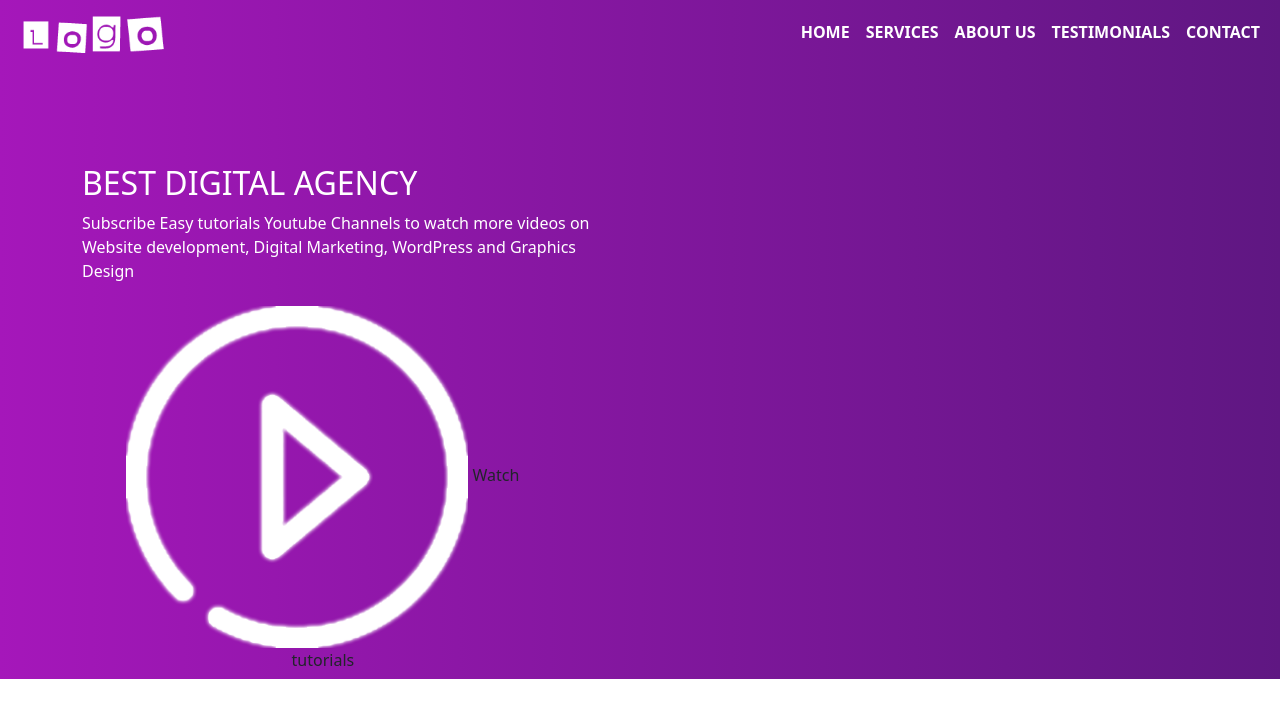
Repository: wadelfadill/Bootstrap_tache_2_website_design
Page: index.html
An editor plug-in stored every save of this project. The page is shown before and after the next save, followed by the edit.
The browser window is 1280 px wide. The pictures show the whole page.
Some web libraries are served in a nearby version.

Above is the page before, as saved 2023-04-05 15:58:29.

### index.html
<!DOCTYPE html>
<html lang="en">
<head>
    <meta charset="UTF-8">
    <meta http-equiv="X-UA-Compatible" content="IE=edge">
    <meta name="viewport" content="width=device-width, initial-scale=1.0">
    <!-- bootstrap css link -->
    <link href="https://cdn.jsdelivr.net/npm/bootstrap@5.1.3/dist/css/bootstrap.min.css" rel="stylesheet" integrity="sha384-1BmE4kWBq78iYhFldvKuhfTAU6auU8tT94WrHftjDbrCEXSU1oBoqyl2QvZ6jIW3" crossorigin="anonymous">
    <!-- css sheet link -->
    <link rel="stylesheet" href="style.css">
    <!-- fontawsome link -->
    <link rel="stylesheet" href="https://cdn.jsdelivr.net/npm/@fortawesome/fontawesome-free@6.2.1/css/fontawesome.min.css">
    <title>bootstrap_website_design</title>
    <script src="https://kit.fontawesome.com/8f130c8a35.js" crossorigin="anonymous"></script>
</head>
<body>
    <section id="nav-bar" class="sticky-top t-0">
        <nav class="navbar navbar-expand-lg navbar-light p-0">
            <div class="container-fluid">
              <a class="navbar-brand" href="#"><img src="images/demo-logo.png" alt="" class="w-75 h-50 p-2"></a>
              <button class="navbar-toggler" type="button" data-bs-toggle="collapse" data-bs-target="#navbarSupportedContent" aria-controls="navbarSupportedContent" aria-expanded="false" aria-label="Toggle navigation">
                <span><i class="fa-solid fa-bars fs-1" style="color: #ffffff;"></i></span>
              </button>
              <div class="collapse navbar-collapse justify-content-end" id="navbarSupportedContent">
                <ul class="navbar-nav ms-auto mb-2 mb-lg-0 ">
                  <li class="nav-item pt-0 pb-1 fw-bold">
                    <a class="nav-link active text-white float-end text-start" aria-current="page" href="#">HOME</a>
                  </li>
                  <li class="nav-item pt-0 pb-1 fw-bold">
                    <a class="nav-link text-white float-end text-start" href="#">SERVICES</a>
                  </li>
                  <li class="nav-item pt-0 pb-1 fw-bold">
                    <a class="nav-link text-white float-end text-start" href="#">ABOUT US</a>
                  </li>
                  <li class="nav-item pt-0 pb-1 fw-bold">
                    <a class="nav-link text-white float-end text-start" href="#">TESTIMONIALS</a>
                  </li>
                  <li class="nav-item pt-0 pb-1 fw-bold">
                    <a class="nav-link text-white float-end text-start" href="#">CONTACT</a>
                  </li>
                </ul>
              </div>
            </div>
          </nav>
    </section>
     <!--banner section  -->
     <section id="banner" class="text-white pt-5">
      <div class="container">
        <div class="row">
          <div class="col-md-6">
            <p class="h2 mt-5">BEST DIGITAL AGENCY</p>
            <p>
              Subscribe Easy tutorials Youtube Channels to watch more videos on
              Website development, Digital Marketing, WordPress and Graphics Design
            </p>
            <a href="" class="btn"><img src="images/play.png" alt="" class="w-75 h-100"> Watch tutorials</a>
          </div>
        </div>
      </div>
     </section>

        <!-- bootstrap js link -->
    <script src="https://cdn.jsdelivr.net/npm/bootstrap@5.1.3/dist/js/bootstrap.bundle.min.js" integrity="sha384-ka7Sk0Gln4gmtz2MlQnikT1wXgYsOg+OMhuP+IlRH9sENBO0LRn5q+8nbTov4+1p" crossorigin="anonymous"></script>
</body>
</html>

### style.css
*{
    margin: 0;
    padding: 0;
}
.navbar{
    background-image: linear-gradient(to right, #a517ba, #5f1782);
}
.navbar-toggler{
    outline: none !important;
}
/* Banner section */
#banner{
    background-image: linear-gradient(to right, #a517ba, #5f1782);


}

After the next save:
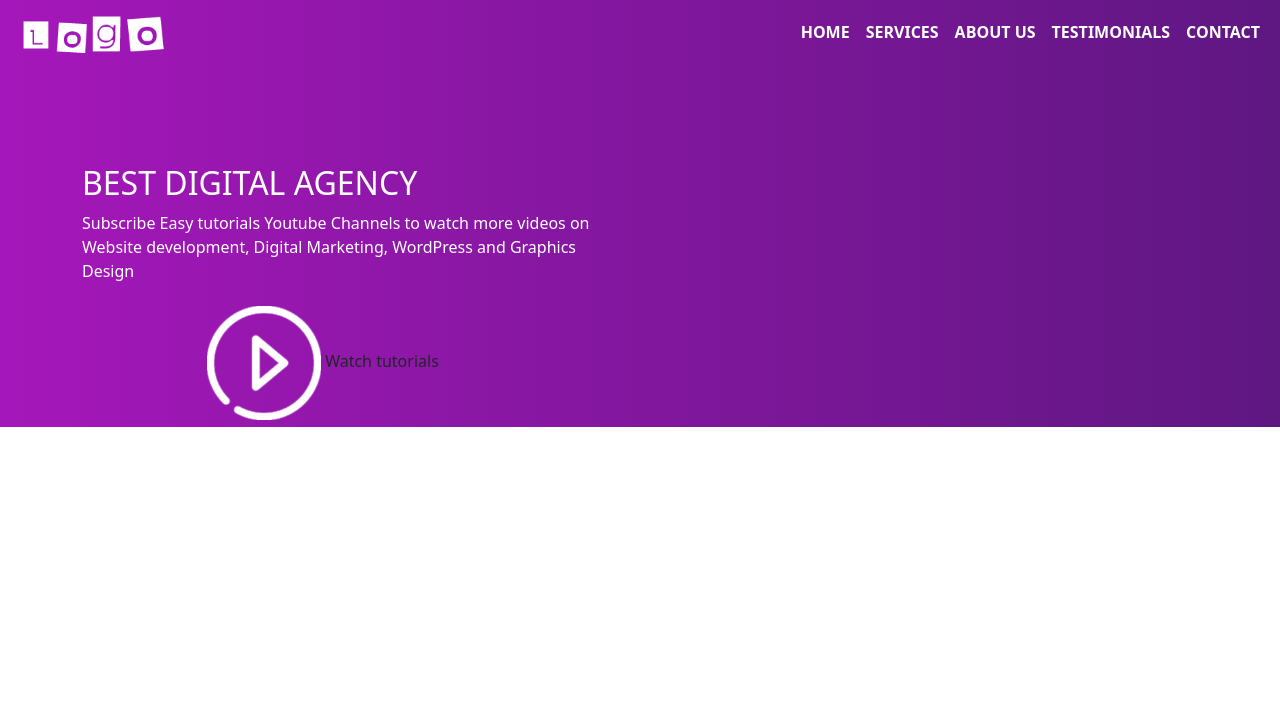
Saved 28 s later.
--- a/index.html
+++ b/index.html
@@ -53,7 +53,7 @@
               Subscribe Easy tutorials Youtube Channels to watch more videos on
               Website development, Digital Marketing, WordPress and Graphics Design
             </p>
-            <a href="" class="btn"><img src="images/play.png" alt="" class="w-75 h-100"> Watch tutorials</a>
+            <a href="" class="btn"><img src="images/play.png" alt="" class="w-25 h-25"> Watch tutorials</a>
           </div>
         </div>
       </div>
